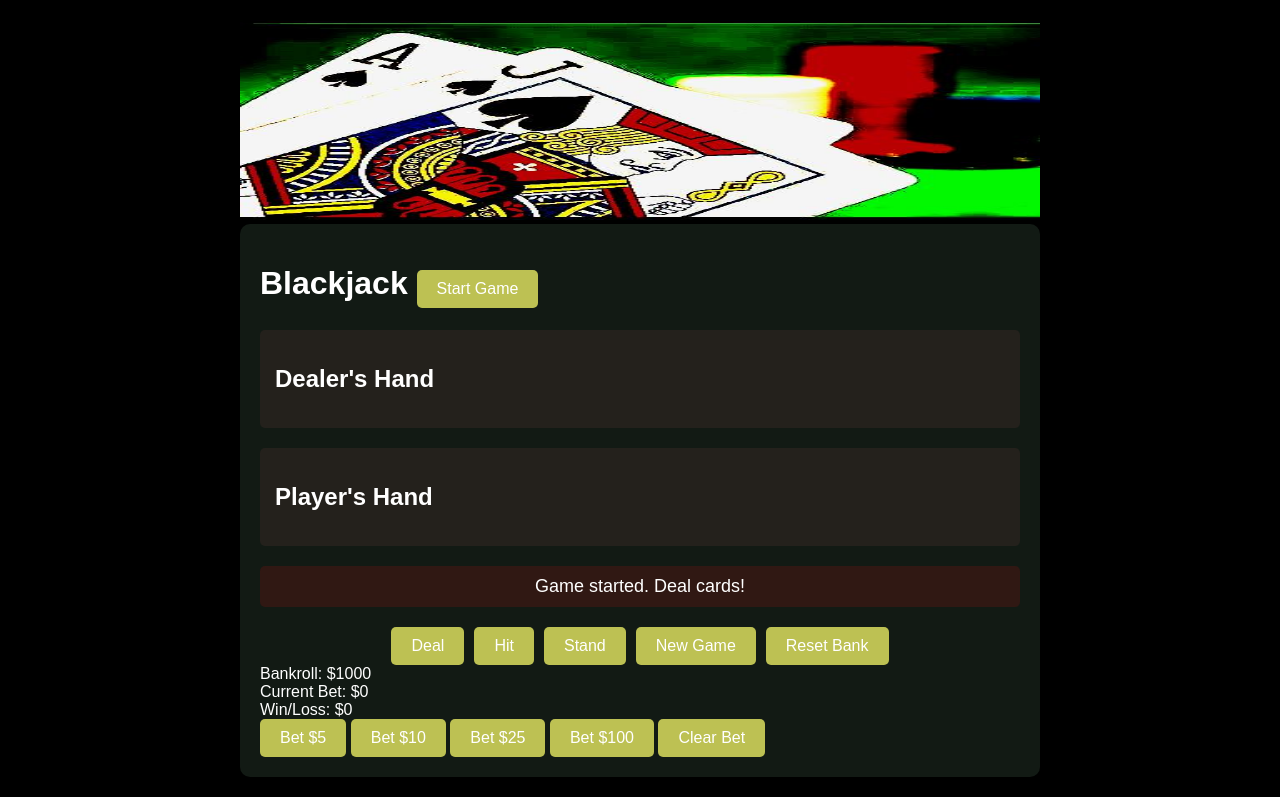
Repository: fahad7252/project-1-blackjack
Page: index.html
The author's editor kept a copy of each file at every save. The page is drawn from the files as they stood at one save, then again after the next save.
The browser window is 1280 px wide. The pictures show the whole page.

Above is the page before, as saved 2024-12-02 15:23:27.

After the next save:
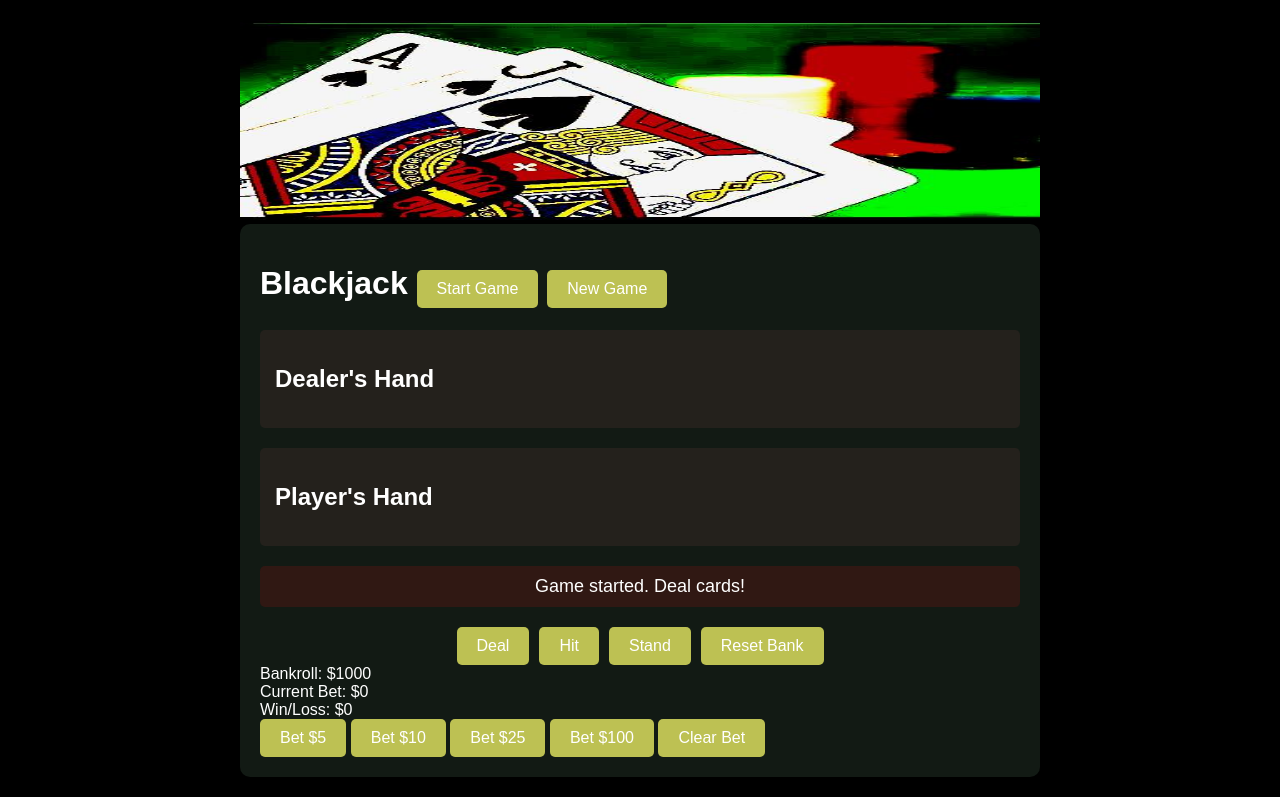
Saved 82 s later.
--- a/index.html
+++ b/index.html
@@ -10,7 +10,7 @@
 <body>
     <img src="blackjack.JPG"  class="landing-image">
     <div class="game-board">
-        <h1>Blackjack <button id="start-button">Start Game</button></h1>
+        <h1>Blackjack <button id="start-button">Start Game</button> <button id="new-game-button">New Game</button> </h1>
          <div class="hand">
             <h2>Dealer's Hand</h2>
             <div id="dealer-hand"></div>
@@ -28,7 +28,7 @@
             <button id="hit-button">Hit</button>
             <button id="stand-button">Stand</button>
 
-            <button id="new-game-button">New Game</button>
+
             <button id="reset-bank-button">Reset Bank</button>
         </div>
         <div class="bank-stats">
